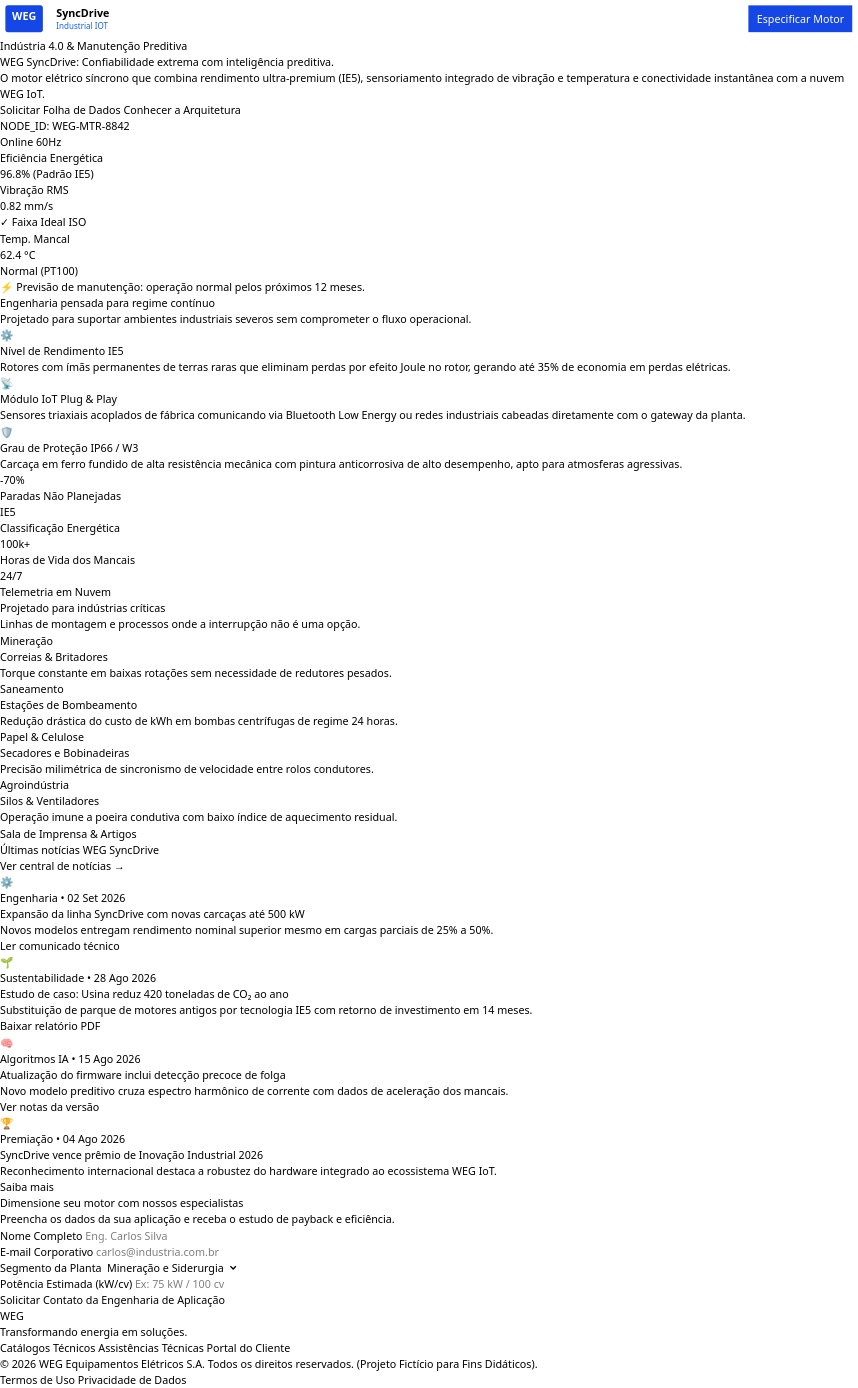
Repository: PatriciaHorst/tailwind-base
Page: index.html
An editor plug-in stored every save of this project. The page is shown before and after the next save, followed by the edit.
The browser window is 1280 px wide. The pictures show the whole page, at 67% of full size.

Above is the page before, as saved 2026-09-08 19:11:03.

After the next save:
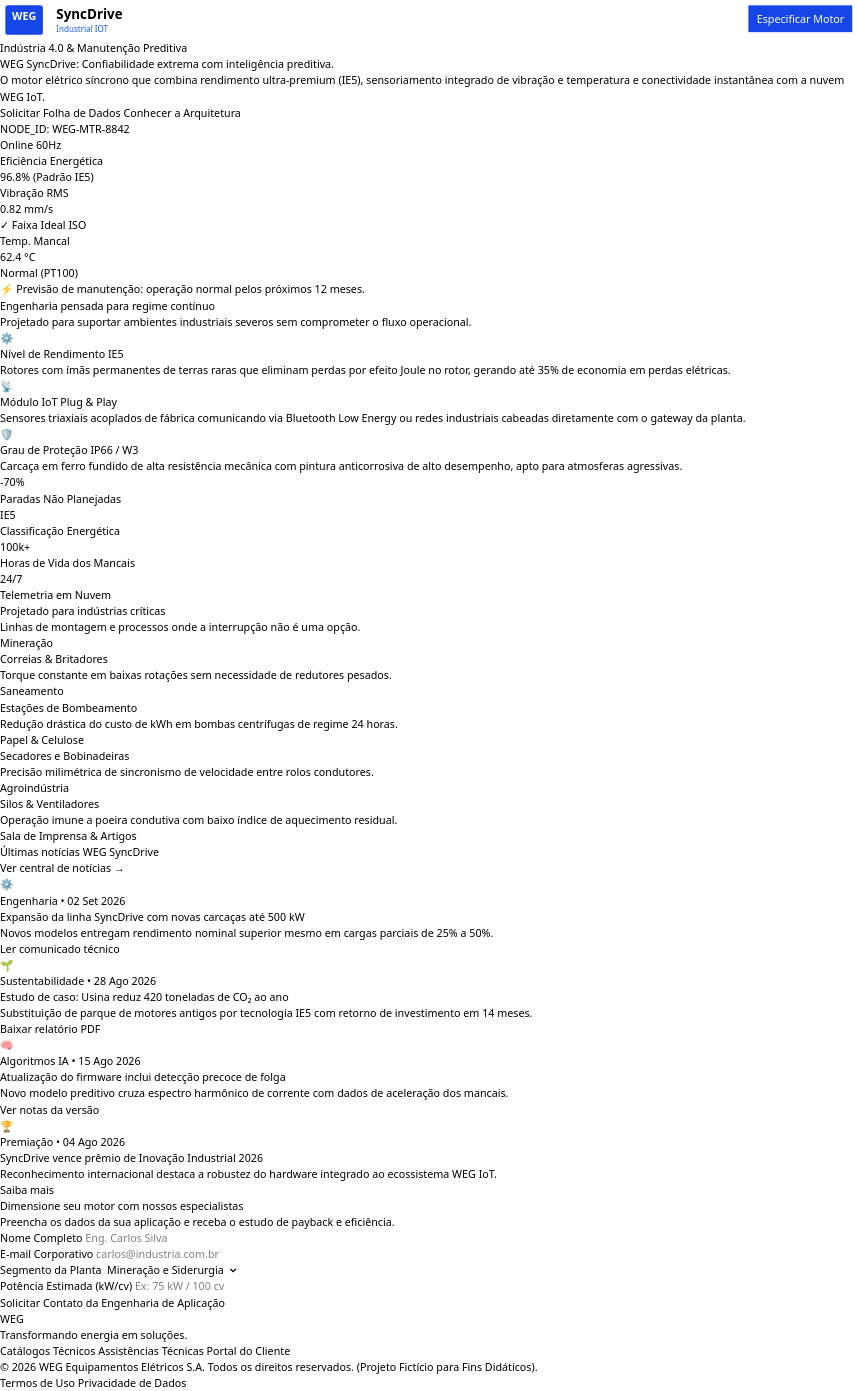
Saved 12 s later.
--- a/index.html
+++ b/index.html
@@ -22,7 +22,7 @@
           WEG
         </div>
         <div class="flex flex-col" >
-          <span class="font-bold text-">SyncDrive</span>
+          <span class="font-bold text-xl">SyncDrive</span>
           <span class=" text-xs text-blue-600 ">Industrial IOT</span>
         </div>
       </div>

After the save that followed:
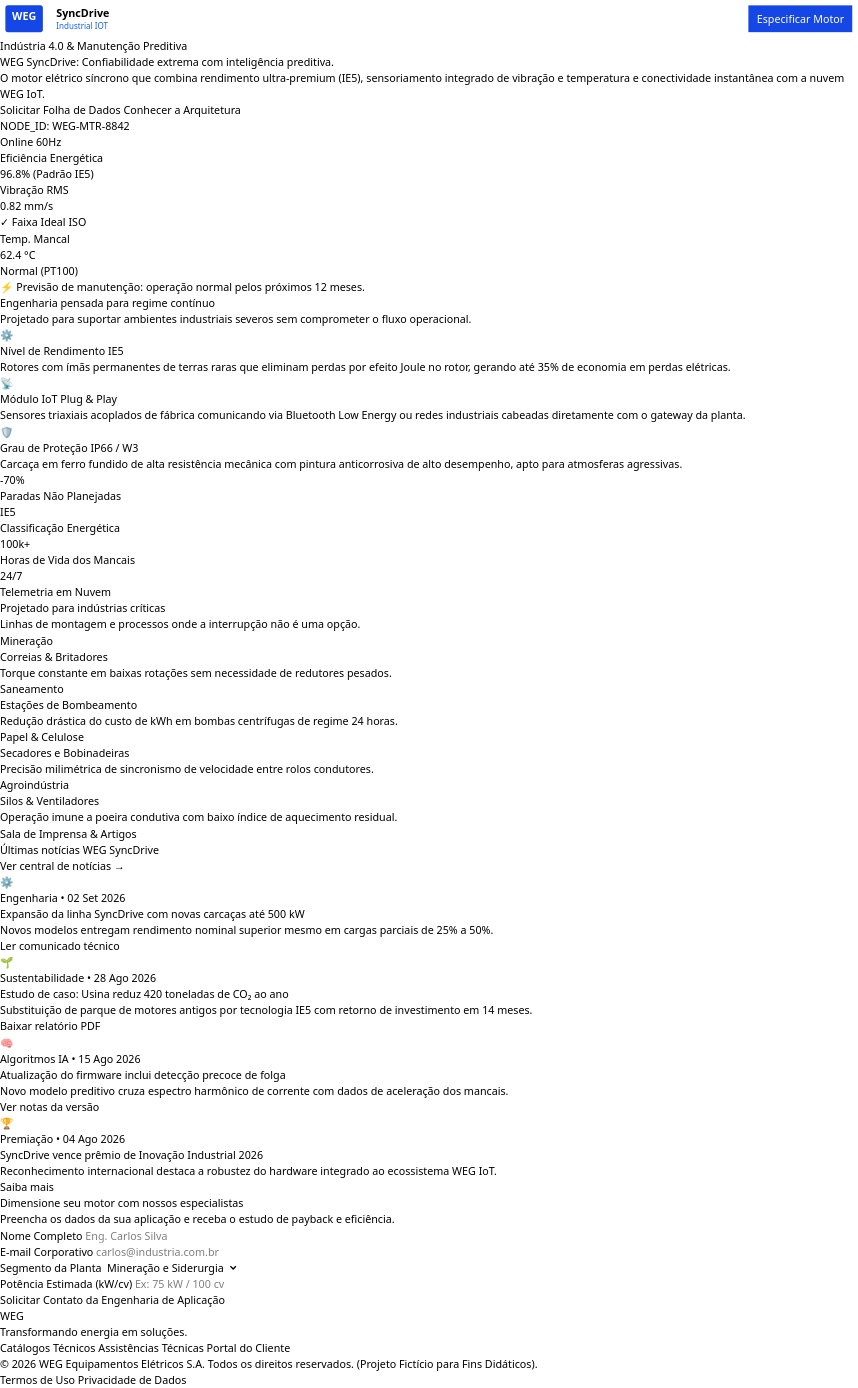
Saved 16 s later.
--- a/index.html
+++ b/index.html
@@ -22,7 +22,7 @@
           WEG
         </div>
         <div class="flex flex-col" >
-          <span class="font-bold text-xl">SyncDrive</span>
+          <span class="font-bold text-lx">SyncDrive</span>
           <span class=" text-xs text-blue-600 ">Industrial IOT</span>
         </div>
       </div>
